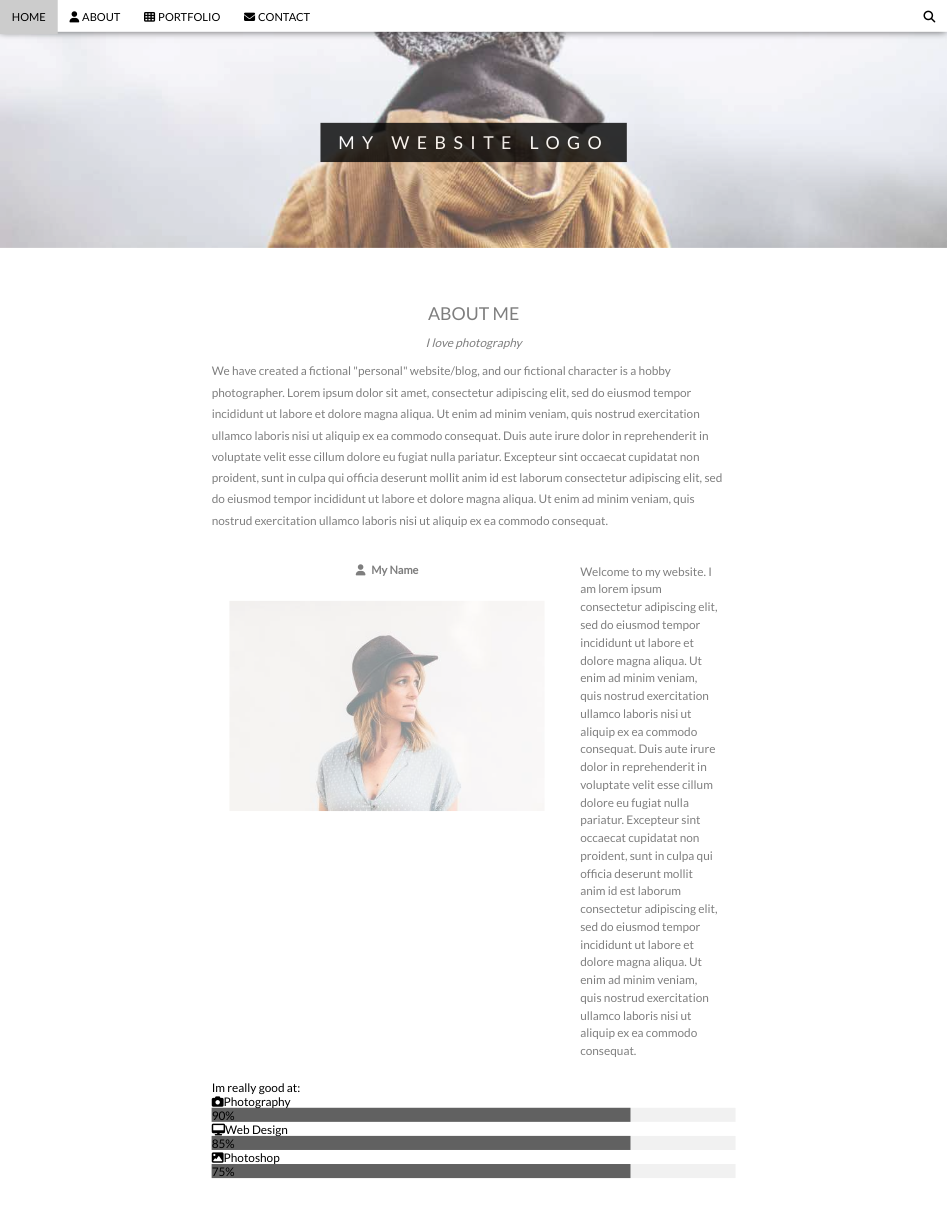
Repository: xd25vn/project-error
Page: index.html
These files come from the project's save history. The page is drawn as it stood at one moment and after the next save; the edit follows.
The browser window is 1280 px wide. The pictures show the whole page, at 74% of full size.

Above is the page before, as saved 2023-09-02 18:52:35.

After the next save:
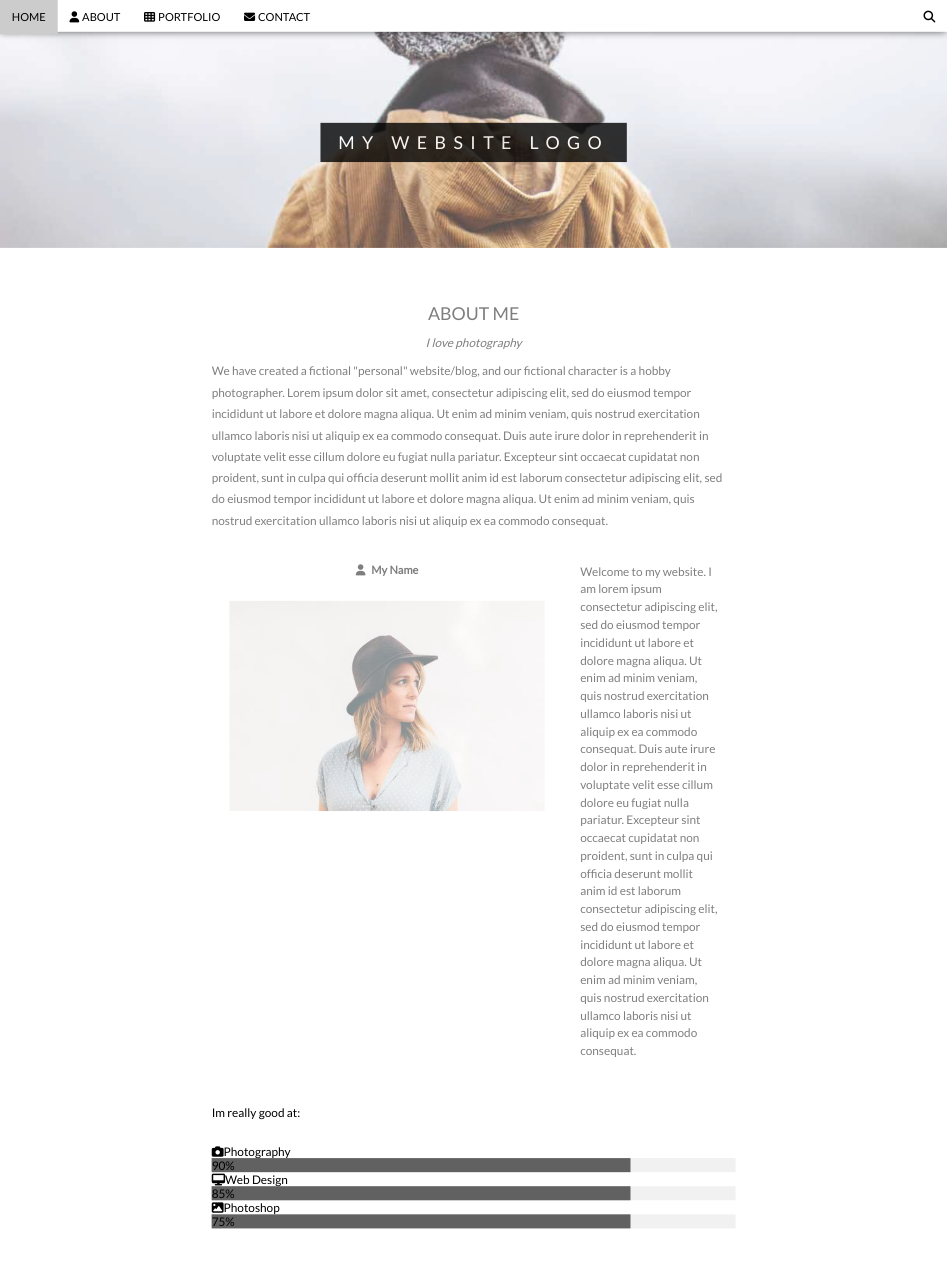
Saved 38 s later.
--- a/assets/main.css
+++ b/assets/main.css
@@ -148,6 +148,11 @@ header .nav-icon-search:hover i {
     line-height: 1.5;
 }
 
+#content .rate .rate-heading-one {
+    margin: 18px 0px;
+    padding: 16px 0px;
+}
+
 .rate .rate-section .rate-section-bg {
     background-color: #f1f1f1;
     width: 100%;
